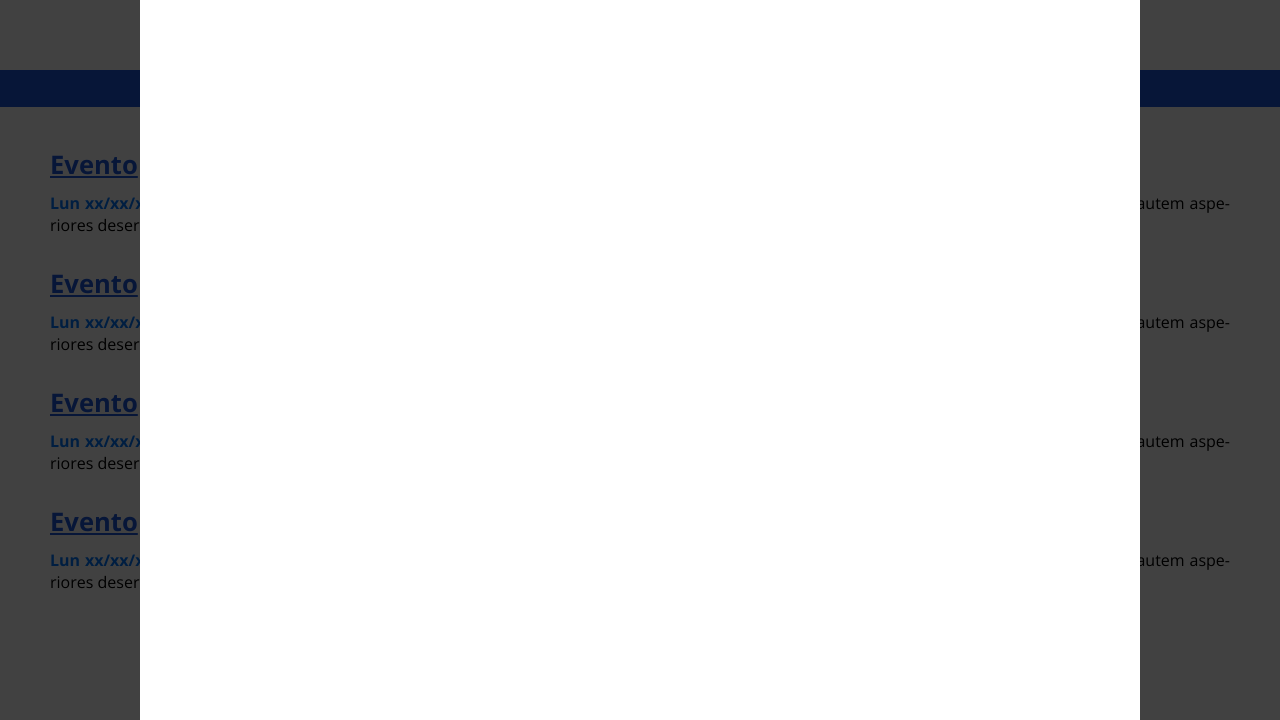
Repository: LuisR404/LandingPage
Page: Pages/CalendarioYEventos.html
These files come from the project's save history. The page is drawn as it stood at one moment and after a run of saves; the edit follows.
The browser window is 1280 px wide. The pictures show the whole page.

Above is the page before, as saved 2025-11-24 14:42:47.

### Pages/CalendarioYEventos.html
<!DOCTYPE html>
<html lang="es">
<head>
    <meta charset="UTF-8">
    <meta name="viewport" content="width=device-width, initial-scale=1.0">
    <link rel="stylesheet" href="../Styles/CommonStyles.css">   <!-- ESTILOS GENERALES -->
    <link rel="stylesheet" href="../Styles/CalendarioYEventos.css">     <!-- ESTILOS DE LA PÁGINA -->
    <title>Document</title>
</head>
<body>
    <section id="info-evento">
        <div id="info-evento-container">

        </div>
    </section>

    <!-- TITULO -->
    <section class="header">
        <img src="../resources/club_icon.jpg" alt="" id="header-logo">
        <h1>UCAB | Club de Programación</h1>
    </section>

    <!-- NAV BAR -->
    <nav class="header-nav">
        <ul>
            <li><a href="./QuienesSomos.html">¿Quienes Somos?</a></li>
            <li><a href="./ActividadesYProyectos.html">Actividades y Proyectos</a></li>
            <li><a href="./CalendarioYEventos.html">Calendario y Eventos</a></li>
            <li><a href="./Galeria.html">Galería</a></li>
        </ul>
    </nav>


    <section class="eventos">
        <div id="eventos-container">
            <div class="evento">
                <h2>Evento</h2>
                <p><b>Lun xx/xx/xx | </b>Lorem ipsum dolor sit, amet consectetur adipisicing elit. Consectetur facilis quibusdam numquam. Impedit officiis ad enim nam autem asperiores deserunt, labore adipisci sit eligendi inventore voluptas, necessitatibus, illo dolorem id?</p>
            </div>

            <div class="evento">
                <h2>Evento</h2>
                <p><b>Lun xx/xx/xx | </b>Lorem ipsum dolor sit, amet consectetur adipisicing elit. Consectetur facilis quibusdam numquam. Impedit officiis ad enim nam autem asperiores deserunt, labore adipisci sit eligendi inventore voluptas, necessitatibus, illo dolorem id?</p>
            </div>

            <div class="evento">
                <h2>Evento</h2>
                <p><b>Lun xx/xx/xx | </b>Lorem ipsum dolor sit, amet consectetur adipisicing elit. Consectetur facilis quibusdam numquam. Impedit officiis ad enim nam autem asperiores deserunt, labore adipisci sit eligendi inventore voluptas, necessitatibus, illo dolorem id?</p>
            </div>

            <div class="evento">
                <h2>Evento</h2>
                <p><b>Lun xx/xx/xx | </b>Lorem ipsum dolor sit, amet consectetur adipisicing elit. Consectetur facilis quibusdam numquam. Impedit officiis ad enim nam autem asperiores deserunt, labore adipisci sit eligendi inventore voluptas, necessitatibus, illo dolorem id?</p>
            </div>
        </div>
    </section>
</body>
</html>

### Styles/CommonStyles.css
/* ============ ESTILOS DE PAGINA ============ */
@import url('https://fonts.googleapis.com/css2?family=Open+Sans:wght@400;700&display=swap');

* {
    font-family: 'Open sans', sans-serif;
    margin: 0;
}

.item {
    border: 1px solid rgba(255, 255, 255, 0.25);
    box-sizing: border-box;
    box-shadow: inset 0px 0px 3.5px rgba(255, 255, 255, 0.5), 3px 5px 10px rgba(0, 0, 0, 0.4);
    /* box-shadow:  */
}

img {
    max-width: 100% ;
}

button:hover {
    cursor: pointer;
    scale: 110%;
}

/* ============ HEADER ============ */
.header {
    display: flex;
    justify-content: center;
    align-items: center;

    padding-top: 15px;
    padding-bottom: 15px;
}

.header h1 {  /* ------> titulo */
    font-size: clamp(17px, 4vw, 20px);
    white-space: nowrap;

    margin-left: 15px;
}

#header-logo {  /* ------> logo */
    width: clamp(32px, 7vw, 40px);
    height: clamp(32px, 7vw, 40px);

    border-radius: 40%;
}

/* ========== NAV BAR ========== */
.header-nav {
    display: flex;
    justify-content: center;

    padding-top: 7.5px;
    padding-bottom: 7.5px;


    background-color: #1C58DB;
}

.header-nav ul {  /* ------> lista */
    display: flex;
    flex-direction: row;
    justify-content: space-around;

    width: 1100px;

    padding: 0;

    list-style: none;
}

.header-nav ul li a {  /* ------> links */
    text-decoration: none;
    color: white;
}

### Styles/CalendarioYEventos.css
img {
    width: 150px;
}

#info-evento {
    display: flex;
    justify-content: center;
    align-items: center;

    width: 100%;
    height: 100%;

    position: fixed;
    z-index: 99;

    background-color: #000000be;
}

#info-evento-container {
    width: 1000px;
    height: 1000px;
    background: white;
}

.eventos {
    display: flex;
    flex-direction: column;
    padding: 40px 50px;

    max-width: 100%;
}

.evento {
    padding-bottom: 30px
}

.evento h2 {
    font-size: clamp(20px, 2vw, 30px);
    font-weight: 800;
    white-space: nowrap;
    text-decoration: underline;
    color: #1C58DB;

    width: fit-content;

    margin-bottom: 10px;
}

.evento p {
    font-size: auto;

    justify-content: center;

    text-align: justify;
    hyphens: auto;
}

.evento b {
    color: #0077ffff;
    font-weight: 800;
}

.evento h2:hover {
    cursor: pointer;
}

After the next 2 saves:
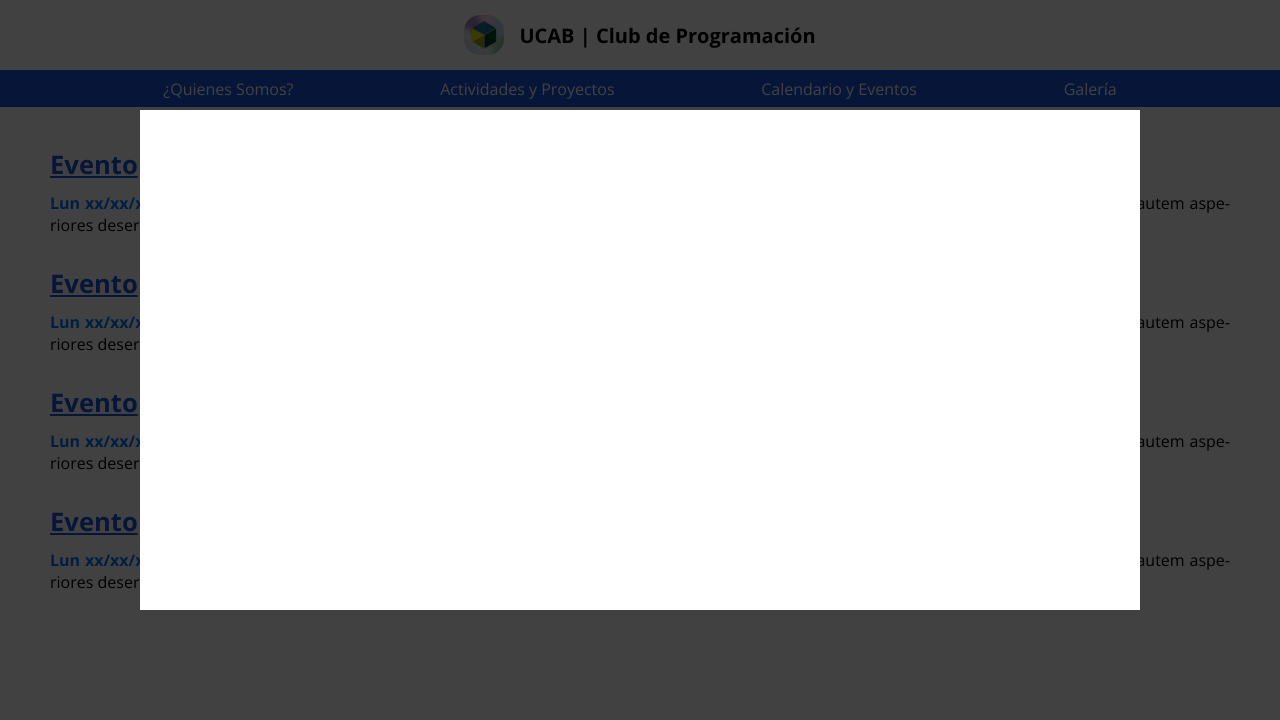
The 2 saves are shown as one change because they came seconds apart.
The last was saved 10 s later.
--- a/Styles/CalendarioYEventos.css
+++ b/Styles/CalendarioYEventos.css
@@ -18,7 +18,7 @@ img {
 
 #info-evento-container {
     width: 1000px;
-    height: 1000px;
+    height: 500px;
     background: white;
 }
 
